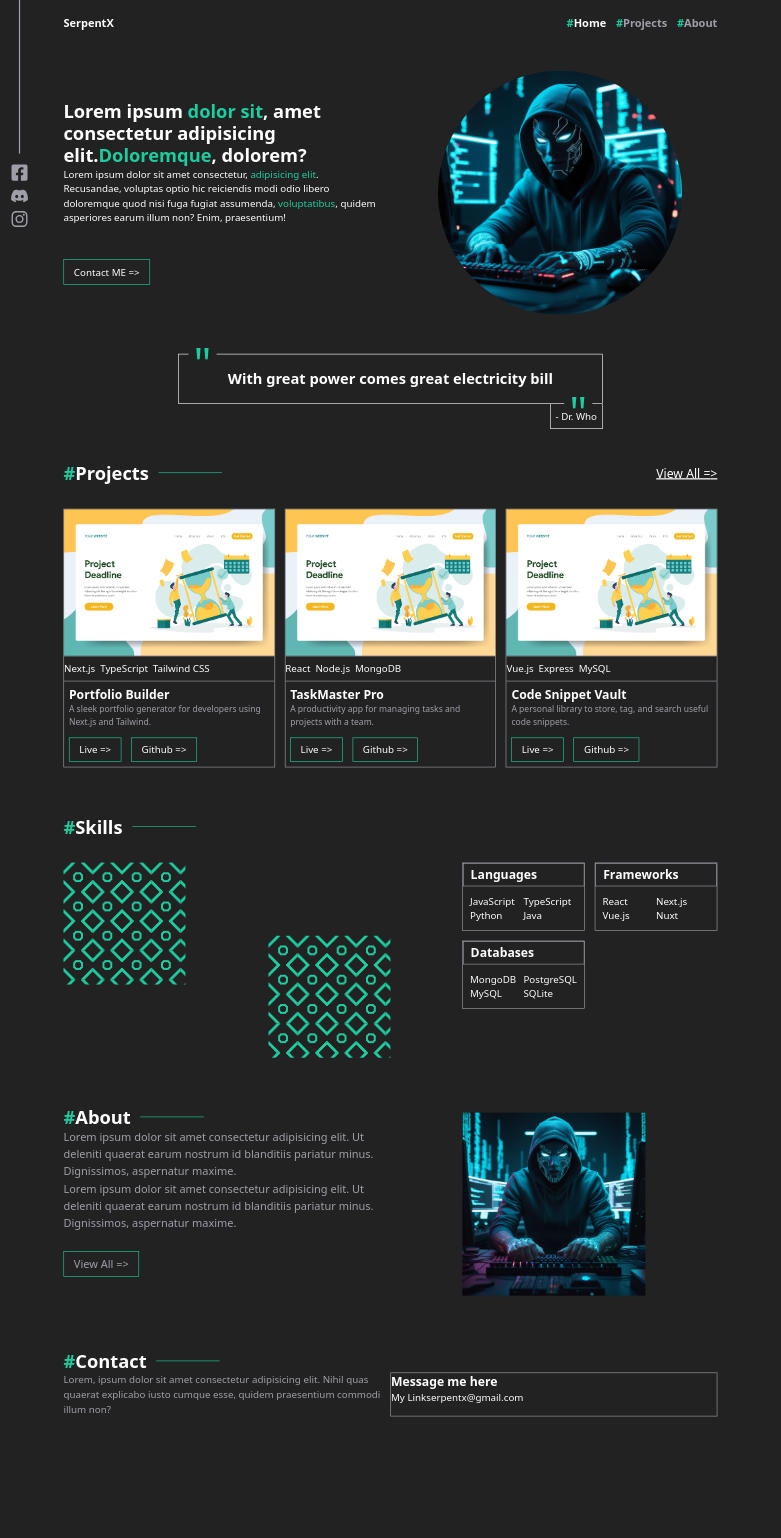
Repository: SERPENTX03/Portfolio-Tutorial
Page: /
The author's editor kept a copy of each file at every save. The page is drawn from the files as they stood at one save, then again after the next save.
The browser window is 1280 px wide. The pictures show the whole page, at 61% of full size.
The project was rebuilt for these pictures with package versions that can differ from the ones it lists, and the page was loaded fresh each time. The framework's server and built-in components were replaced by stand-ins that run in the browser. Also part of the build but not shown: next.config.ts.

Above is the page before, as saved 2025-04-19 22:08:04.

After the next save:
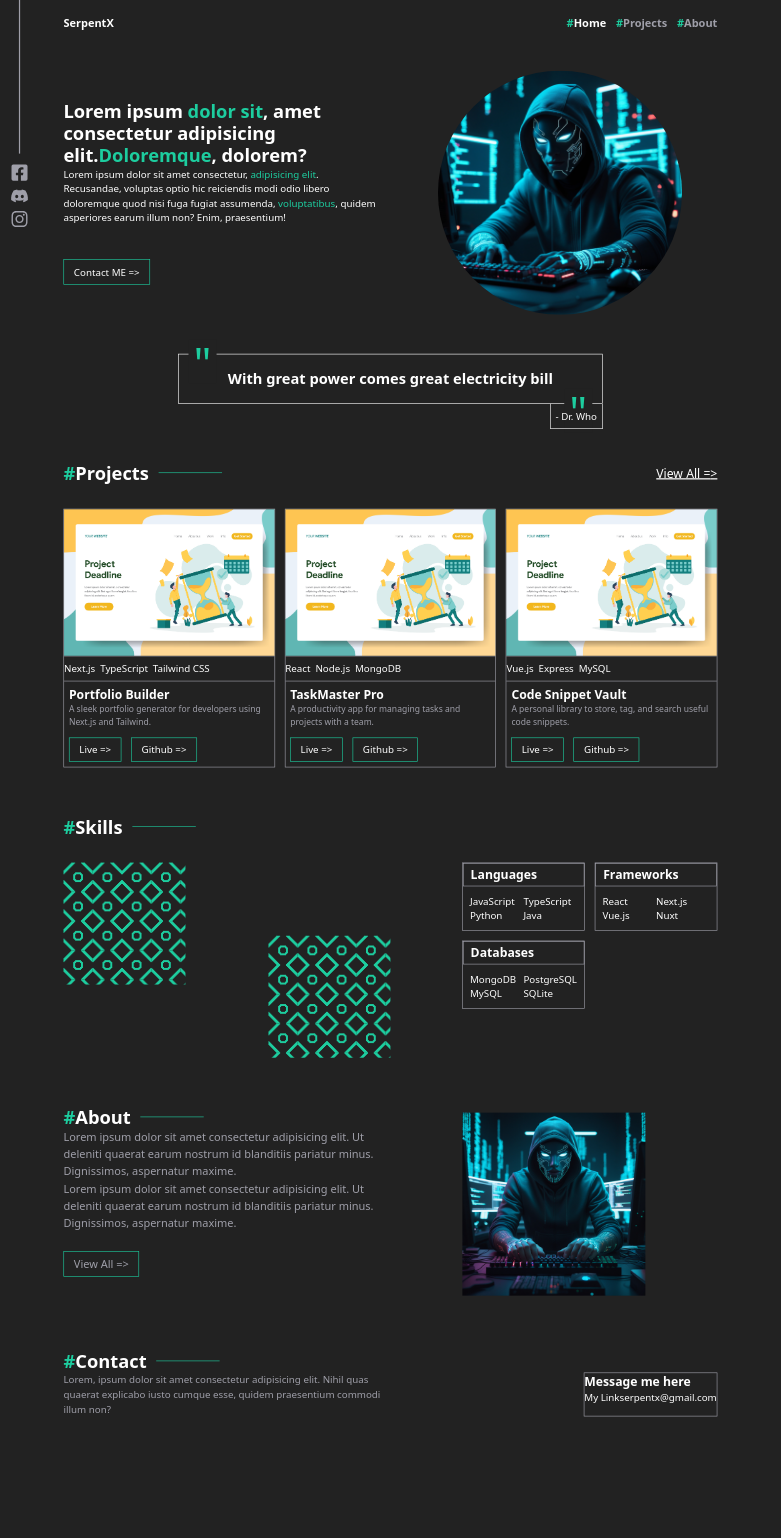
Saved 31 s later.
--- a/components/Contact.tsx
+++ b/components/Contact.tsx
@@ -13,7 +13,7 @@ const Contact = () => {
           quaerat explicabo iusto cumque esse, quidem praesentium commodi illum
           non?
         </p>
-        <div className="w-full md:w-1/2 border border-text">
+        <div className="w-fit border border-text">
           <h3 className="text-xl font-bold">Message me here</h3>
           <Link className="hover-link" href="/">
             My Link
